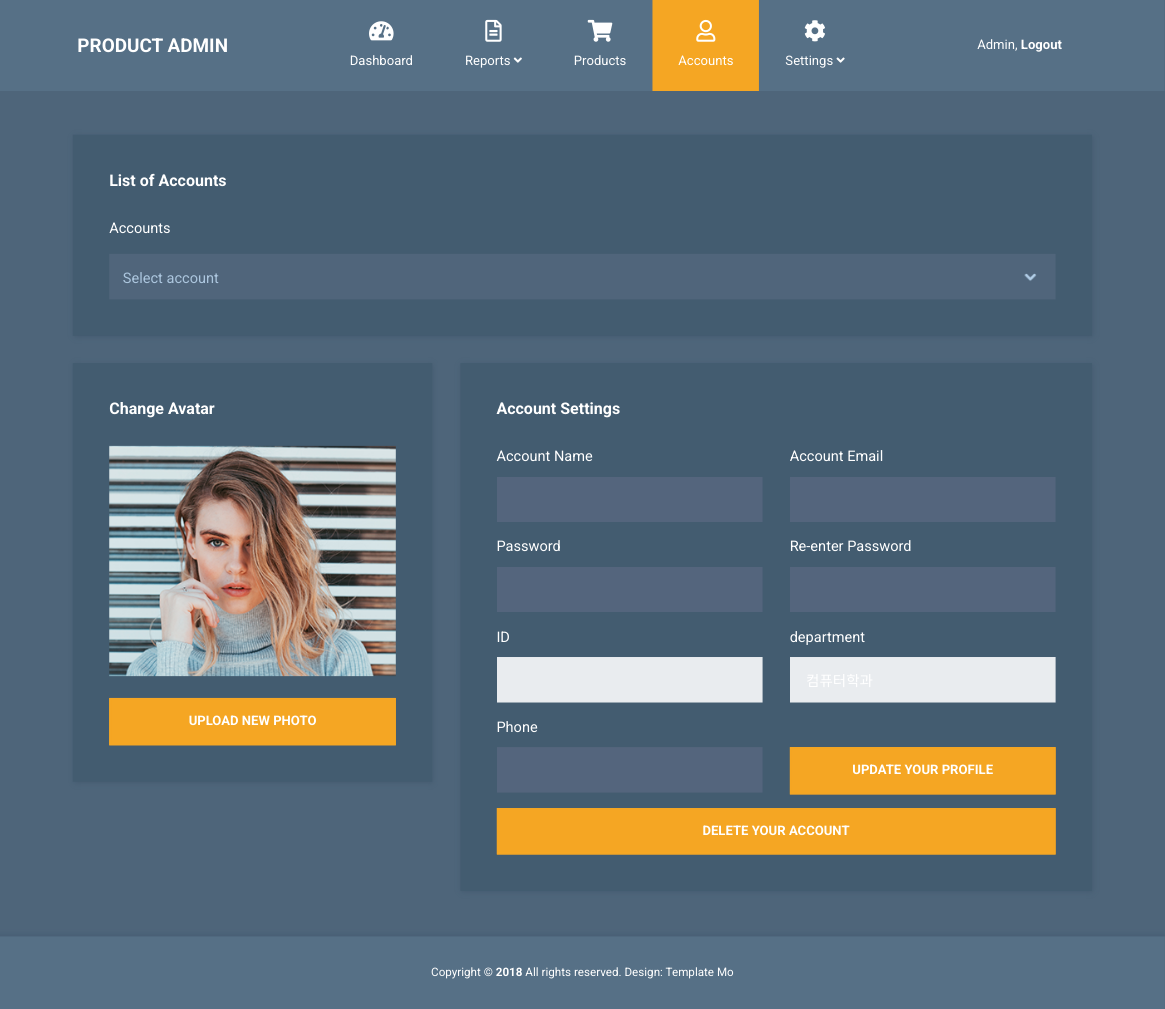
Repository: YJ-S2/2019-FaceAPI
Page: test1-master/web/123/WebContent/accounts.html
An editor plug-in stored every save of this project. The page is shown before and after the next save, followed by the edit.
The browser window is 1280 px wide. The pictures show the whole page, at 91% of full size.

Above is the page before, as saved 2019-08-07 06:03:10.

### test1-master/web/123/WebContent/accounts.html
<!DOCTYPE html>
<html lang="en">
  <head>
    <meta charset="UTF-8" />
    <meta name="viewport" content="width=device-width, initial-scale=1.0" />
    <meta http-equiv="X-UA-Compatible" content="ie=edge" />
    <title>Accounts - Product Admin Template</title>
    <link
      rel="stylesheet"
      href="https://fonts.googleapis.com/css?family=Roboto:400,700"
    />
    <!-- https://fonts.google.com/specimen/Roboto -->
    <link rel="stylesheet" href="css/fontawesome.min.css" />
    <!-- https://fontawesome.com/ -->
    <link rel="stylesheet" href="css/bootstrap.min.css" />
    <!-- https://getbootstrap.com/ -->
    <link rel="stylesheet" href="css/templatemo-style.css">
    <!--
	Product Admin CSS Template
	https://templatemo.com/tm-524-product-admin
	-->
  </head>

  <body id="reportsPage">
    <div class="" id="home">
      <nav class="navbar navbar-expand-xl">
        <div class="container h-100">
          <a class="navbar-brand" href="index.html">
            <h1 class="tm-site-title mb-0">Product Admin</h1>
          </a>
          <button
            class="navbar-toggler ml-auto mr-0"
            type="button"
            data-toggle="collapse"
            data-target="#navbarSupportedContent"
            aria-controls="navbarSupportedContent"
            aria-expanded="false"
            aria-label="Toggle navigation"
          >
            <i class="fas fa-bars tm-nav-icon"></i>
          </button>

          <div class="collapse navbar-collapse" id="navbarSupportedContent">
            <ul class="navbar-nav mx-auto h-100">
              <li class="nav-item">
                <a class="nav-link" href="index.html">
                  <i class="fas fa-tachometer-alt"></i> Dashboard
                  <span class="sr-only">(current)</span>
                </a>
              </li>
              <li class="nav-item dropdown">
                <a
                  class="nav-link dropdown-toggle"
                  href="#"
                  id="navbarDropdown"
                  role="button"
                  data-toggle="dropdown"
                  aria-haspopup="true"
                  aria-expanded="false"
                >
                  <i class="far fa-file-alt"></i>
                  <span> Reports <i class="fas fa-angle-down"></i> </span>
                </a>
                <div class="dropdown-menu" aria-labelledby="navbarDropdown">
                  <a class="dropdown-item" href="#">Daily Report</a>
                  <a class="dropdown-item" href="#">Weekly Report</a>
                  <a class="dropdown-item" href="#">Yearly Report</a>
                </div>
              </li>
              <li class="nav-item">
                <a class="nav-link" href="products.html">
                  <i class="fas fa-shopping-cart"></i> Products
                </a>
              </li>

              <li class="nav-item">
                <a class="nav-link active" href="accounts.html">
                  <i class="far fa-user"></i> Accounts
                </a>
              </li>
              <li class="nav-item dropdown">
                <a
                  class="nav-link dropdown-toggle"
                  href="#"
                  id="navbarDropdown"
                  role="button"
                  data-toggle="dropdown"
                  aria-haspopup="true"
                  aria-expanded="false"
                >
                  <i class="fas fa-cog"></i>
                  <span> Settings <i class="fas fa-angle-down"></i> </span>
                </a>
                <div class="dropdown-menu" aria-labelledby="navbarDropdown">
                  <a class="dropdown-item" href="#">Profile</a>
                  <a class="dropdown-item" href="#">Billing</a>
                  <a class="dropdown-item" href="#">Customize</a>
                </div>
              </li>
            </ul>
            <ul class="navbar-nav">
              <li class="nav-item">
                <a class="nav-link d-block" href="login.html">
                  Admin, <b>Logout</b>
                </a>
              </li>
            </ul>
          </div>
        </div>
      </nav>
      <div class="container mt-5">
        <div class="row tm-content-row">
          <div class="col-12 tm-block-col">
            <div class="tm-bg-primary-dark tm-block tm-block-h-auto">
              <h2 class="tm-block-title">List of Accounts</h2>
              <p class="text-white">Accounts</p>
              <select class="custom-select">
                <option value="0">Select account</option>
                <option value="1">Admin</option>
                <option value="2">Editor</option>
                <option value="3">Merchant</option>
                <option value="4">Customer</option>
              </select>
            </div>
          </div>
        </div>
        <!-- row -->
        <div class="row tm-content-row">
          <div class="tm-block-col tm-col-avatar">
            <div class="tm-bg-primary-dark tm-block tm-block-avatar">
              <h2 class="tm-block-title">Change Avatar</h2>
              <div class="tm-avatar-container">
                <img
                  src="img/avatar.png"
                  alt="Avatar"
                  class="tm-avatar img-fluid mb-4"
                />
                <a href="#" class="tm-avatar-delete-link">
                  <i class="far fa-trash-alt tm-product-delete-icon"></i>
                </a>
              </div>
              <button class="btn btn-primary btn-block text-uppercase">
                Upload New Photo
              </button>
            </div>
          </div>
          <div class="tm-block-col tm-col-account-settings">
            <div class="tm-bg-primary-dark tm-block tm-block-settings">
              <h2 class="tm-block-title">Account Settings</h2>
              <form action="" class="tm-signup-form row">
                <div class="form-group col-lg-6">
                  <label for="name">Account Name</label>
                  <input
                    id="name"
                    name="name"
                    type="text"
                    class="form-control validate"
                  />
                </div>
                <div class="form-group col-lg-6">
                  <label for="email">Account Email</label>
                  <input
                    id="email"
                    name="email"
                    type="email"
                    class="form-control validate"
                  />
                </div>
                <div class="form-group col-lg-6">
                  <label for="password">Password</label>
                  <input
                    id="password"
                    name="password"
                    type="password"
                    class="form-control validate"
                  />
                </div>
                <div class="form-group col-lg-6">
                  <label for="password2">Re-enter Password</label>
                  <input
                    id="password2"
                    name="password2"
                    type="password"
                    class="form-control validate"
                  />
                </div>
                <div class="form-group col-lg-6">
                  <label for="id">ID</label>
                  <input
                    id="id"
                    name="id"
                    type="text"
                    class="form-control validate"
                    disabled
                  />
                </div>
                <div class="form-group col-lg-6">
                  <label for="department">department</label>
                  <input
                    id="department"
                    name="department"
                    type="text"
                    class="form-control validate"
                    value="컴퓨터학과"
                    disabled
                  />
                </div>
                <div class="form-group col-lg-6">
                  <label for="phone">Phone</label>
                  <input
                    id="phone"
                    name="phone"
                    type="tel"
                    class="form-control validate"
                  />
                </div>
                <div class="form-group col-lg-6">
                  <label class="tm-hide-sm">&nbsp;</label>
                  <button
                    type="submit"
                    class="btn btn-primary btn-block text-uppercase"
                  >
                    Update Your Profile
                  </button>
                </div>
                <div class="col-12">
                  <button
                    type="submit"
                    class="btn btn-primary btn-block text-uppercase"
                  >
                    Delete Your Account
                  </button>
                </div>
              </form>
            </div>
          </div>
        </div>
      </div>
      <footer class="tm-footer row tm-mt-small">
        <div class="col-12 font-weight-light">
          <p class="text-center text-white mb-0 px-4 small">
            Copyright &copy; <b>2018</b> All rights reserved.

            Design: <a rel="nofollow noopener" href="https://templatemo.com" class="tm-footer-link">Template Mo</a>
          </p>
        </div>
      </footer>
    </div>

    <script src="js/jquery-3.3.1.min.js"></script>
    <!-- https://jquery.com/download/ -->
    <script src="js/bootstrap.min.js"></script>
    <!-- https://getbootstrap.com/ -->
  </body>
</html>

### test1-master/web/123/WebContent/css/templatemo-style.css
/*

Product Admin CSS Template

https://templatemo.com/tm-524-product-admin

*/

html {
  font-size: 16px;
  overflow-x: hidden;
}
body {
  font-family: Roboto, Helvetica, Arial, sans-serif;
  background-color: #4e657a;
  overflow-x: hidden;
}
a {
  transition: all 0.3s ease;
}
a:focus,
a:hover {
  text-decoration: none;
}
button:focus {
  outline: 0;
}
.navbar-brand {
  display: flex;
  align-items: center;
}
.tm-site-icon {
  color: #656565;
}
.tm-site-title {
  display: inline-block;
  text-transform: uppercase;
  font-size: 1.3rem;
  font-weight: 700;
  color: #fff;
}
.navbar {
  height: 100px;
  background-color: #567086;
  padding: 0;
}
.navbar .container {
  position: relative;
}
.tm-logout-icon {
  font-size: 1.5em;
}
.tm-mt-big {
  margin-top: 57px;
}
.tm-mb-big {
  margin-bottom: 60px;
}
.tm-mt-small {
  margin-top: 20px;
}
.tm-block-col {
  margin-bottom: 30px;
}
.tm-block {
  padding: 40px;
  -webkit-box-shadow: 1px 1px 5px 0 #455c71;
  -moz-box-shadow: 1px 1px 5px 0 #455c71;
  box-shadow: 1px 1px 5px 0 #455c71;
  min-height: 350px;
  height: 100%;
  max-height: 450px;
}
.tm-block-avatar,
.tm-block-settings {
  max-height: none;
}
.tm-block-avatar {
  height: auto;
}
.tm-block-h-auto {
  min-height: 1px;
  max-height: none;
  height: auto;
}
.tm-block-scroll {
  overflow-y: scroll;
}
.tm-block-overflow {
  overflow: hidden;
}
.tm-block-title {
  font-size: 1.1rem;
  font-weight: 700;
  color: #fff;
  margin-bottom: 30px;
}
.nav-link {
  color: #fff;
  height: 100%;
  display: flex;
  align-items: center;
  justify-content: center;
  flex-direction: column;
  font-size: 90%;
}
.nav-link > i {
  margin-bottom: 10px;
  margin-right: 0;
  font-size: 1.5rem;
}
.dropdown-item,
.nav-link {
  padding: 15px 20px;
}
.dropdown-menu {
  font-size: 90%;
  color: #fff;
  background-color: #567086;
  border-radius: 0;
  padding-top: 10px;
  padding-bottom: 10px;
  min-width: auto;
}
.dropdown-item {
  color: #fff;
  padding: 15px 30px;
}
.navbar-nav .active > .nav-link,
.navbar-nav .nav-link.active {
  background-color: #f5a623;
  color: #fff;
}
.navbar-nav .nav-link.active i {
  color: #fff;
}
.dropdown-item:focus,
.dropdown-item:hover {
  background-color: #567086;
}
.navbar-nav a:hover,
.navbar-nav a:hover i {
  color: #f5a623;
}
.nav-item {
  text-align: center;
}
.nav-item:last-child {
  margin-right: 0;
}
.dropdown-toggle::after {
  display: none;
}
.dropdown-menu {
  margin-top: 0;
  border: 0;
}
.tm-content-row {
  justify-content: space-between;
  margin-left: -20px;
  margin-right: -20px;
}
.tm-col {
  padding-left: 20px;
  padding-right: 20px;
  margin-bottom: 50px;
}
.tm-col-big {
  width: 39%;
}
.tm-col-small {
  width: 21.95%;
}
.tm-gray-circle {
  width: 80px;
  height: 80px;
  background-color: #aaa;
  border-radius: 50%;
  margin-right: 15px;
}
.tm-notification-items {
  overflow-y: scroll;
  height: 90%;
}
.tm-notification-item {
  padding: 15px;
  background-color: #4e657a;
  color: #fff;
  font-size: 95%;
  margin-bottom: 15px;
}
.tm-notification-item:last-child {
  margin-bottom: 0;
}
.tm-notification-link {
  color: #f5a623;
}
.tm-text-color-secondary {
  color: #bdcbd8;
}
.tm-small {
  font-size: 90%;
}
.table {
  background-color: #50697f;
  color: #fff;
  font-size: 85%;
  margin-bottom: 0;
}
thead {
  background-color: #486177;
  color: #fff;
}
.table thead th {
  border-bottom: 0;
}
.tm-status-circle {
  display: inline-block;
  margin-right: 5px;
  vertical-align: middle;
  width: 5px;
  height: 5px;
  border-radius: 50%;
  margin-top: -3px;
}
.moving {
  background-color: #9be64d;
  box-shadow: 0 0 8px #9be64d, inset 0 0 8px #9be64d;
}
.pending {
  background-color: #efc54b;
  box-shadow: 0 0 8px #efc54b, inset 0 0 8px #efc54b;
}
.cancelled {
  background-color: #da534f;
  box-shadow: 0 0 8px #da534f, inset 0 0 8px #da534f;
}
.tm-avatar {
  width: 345px;
}
.tm-avatar-container {
  position: relative;
  cursor: pointer;
  display: flex;
  align-items: center;
  flex-direction: column;
}
.tm-avatar-delete-link {
  position: absolute;
  left: 50%;
  top: 50%;
  margin-left: -25px;
  margin-top: -25px;
  z-index: 1000;
  padding: 14px;
  border-radius: 50%;
  background-color: rgba(57, 78, 100, 0.7);
  display: inline-block;
  width: 50px;
  height: 50px;
  text-align: center;
  display: none;
  transition: all 0.2s ease;
}
.tm-avatar-container:hover .tm-avatar-delete-link {
  display: block;
}
.tm-col-avatar {
  max-width: 425px;
  width: 37%;
  padding-left: 15px;
  padding-right: 15px;
}
.tm-col-account-settings {
  max-width: 822px;
  width: 63%;
  padding-left: 15px;
  padding-right: 15px;
}
.form-control {
  background-color: #54657d;
  color: #fff;
  border: 0;
}
.form-control:focus {
  background-color: #60738e;
  color: #fff;
  border-color: transparent;
  box-shadow: 0 0 0 0.1rem rgb(180, 206, 233, 0.5);
}
.form-group label {
  color: #fff;
  margin-bottom: 10px;
}
.tm-hide-sm {
  display: block;
}
.tm-list-group {
  counter-reset: myOrderedListItemsCounter;
  padding-left: 0;
}
.tm-list-group > li {
  list-style-type: none;
  position: relative;
  cursor: pointer;
  transition: all 0.3s ease;
  padding: 8px;
}
.tm-list-group > li:hover {
  color: #0266c4;
}
.tm-list-group > li:before {
  counter-increment: myOrderedListItemsCounter;
  content: counter(myOrderedListItemsCounter) ".";
  margin-right: 0.5em;
}
.tm-list {
  padding-left: 30px;
}
.tm-list > li {
  margin-bottom: 20px;
}
.form-control {
  padding: 19px 18px;
  border-radius: 0;
  height: 50px;
}
.form-group {
  margin-bottom: 15px;
}
.btn {
  border-radius: 0;
  padding: 13px 28px;
  transition: all 0.2s ease;
  max-width: 100%;
}
.btn-small {
  padding: 10px 24px;
}
.btn-primary {
  color: #fff;
  background-color: #f5a623;
  border: 2px solid #f5a623;
  font-size: 90%;
  font-weight: 600;
}
.btn-primary:active,
.btn-primary:hover {
  color: #f5a623;
  background-color: transparent;
  border: 2px solid #f5a623;
}
.custom-file-input {
  cursor: pointer;
}
.custom-file-label {
  border-radius: 0;
}
.table td,
.table th {
  border-top: 1px solid #415a70;
  padding: 15px 25px;
  vertical-align: middle;
}
.tm-table-small td,
.tm-table-small th {
  padding-left: 12px;
  padding-right: 12px;
}
.table-hover tbody tr {
  transition: all 0.2s ease;
}
.table-hover tbody tr:hover {
  color: #a0c0de;
}
.tm-bg-primary-dark {
  background-color: #435c70;
}
.tm-bg-gray {
  background-color: rgba(0, 0, 0, 0.05);
}
.tm-table-mt {
  margin-top: 66px;
}
.page-item:first-child .page-link {
  border-top-left-radius: 0;
  border-bottom-left-radius: 0;
}
.page-item:last-child .page-link {
  border-top-right-radius: 0;
  border-bottom-right-radius: 0;
}
.page-link {
  padding: 12px 18px;
}
.page-link,
.page-link:hover {
  color: #000;
}
.page-item {
  margin-right: 18px;
}
.page-item:last-child {
  margin-right: 0;
}
.page-item.active .page-link {
  background-color: #e9ecef;
  border-color: #dee2e6;
  color: #000;
}
input[type="checkbox"] {
  cursor: pointer;
  -webkit-appearance: none;
  appearance: none;
  background-color: #394e64;
  background-position: center;
  border-radius: 50%;
  box-sizing: border-box;
  position: relative;
  box-sizing: content-box;
  width: 24px;
  height: 24px;
  transition: all 0.1s linear;
}
input[type="checkbox"]:checked {
  background: url(../img/check-mark.png) #394e64 center no-repeat;
}
input[type="checkbox"]:focus {
  outline: 0 none;
  box-shadow: none;
}
.tm-block-products {
  min-height: 725px;
}
.tm-block-product-categories {
  min-height: 650px;
}
.tm-product-table-container {
  max-height: 465px;
  margin-bottom: 15px;
  overflow-y: scroll;
}
.tm-product-table tr {
  font-weight: 600;
}
.tm-product-name {
  font-size: 0.95rem;
  font-weight: 600;
}
.tm-product-delete-icon {
  font-size: 1.1rem;
  color: #fff;
}
.tm-product-delete-link {
  padding: 10px;
  border-radius: 50%;
  background-color: #394e64;
  display: inline-block;
  width: 40px;
  height: 40px;
  text-align: center;
}
.tm-product-delete-link:hover .tm-product-delete-icon {
  color: #6d8ca6;
}
.custom-select {
  width: 100%;
  border: none;
  color: #acc6de;
  height: 50px;
  -webkit-appearance: none;
  -moz-appearance: none;
  -ms-appearance: none;
  -o-appearance: none;
  appearance: none;
  -webkit-border-radius: 0;
  -moz-border-radius: 0;
  -ms-border-radius: 0;
  -o-border-radius: 0;
  border-radius: 0;
  padding: 15px;
  background: url(../img/arrow-down.png) 98% no-repeat #50657b;
}
.custom-select:focus {
  outline: 0;
}
.tm-trash-icon {
  color: #6e6c6c;
  cursor: pointer;
}
.tm-trash-icon:hover {
  color: #9f1321;
}
.tm-footer {
  background-color: #567086;
  padding-top: 30px;
  padding-bottom: 30px;
  -webkit-box-shadow: 0 -3px 5px 0 rgba(69, 92, 113, 0.59);
  -moz-box-shadow: 0 -3px 5px 0 rgba(69, 92, 113, 0.59);
  box-shadow: 0 -3px 5px 0 rgba(69, 92, 113, 0.59);
}
.custom-select {
  height: 50px;
  border-radius: 0;
}
.tm-product-img-dummy {
  max-width: 100%;
  height: 240px;
  display: flex;
  align-items: center;
  justify-content: center;
  color: #fff;
  background: #aaa;
}
.tm-product-img-edit {
  max-width: 100%;
  position: relative;
}
.tm-product-img-edit i {
  display: none;
  position: absolute;
}
.tm-product-img-edit:hover i {
  display: block;
}
.tm-upload-icon {
  background: #455c71;
  width: 55px;
  height: 55px;
  border-radius: 50%;
  text-align: center;
  padding-top: 15px;
  font-size: 22px;
}
.tm-login-col {
  max-width: 470px;
}
.navbar-toggler {
  border-color: #708da8;
  box-shadow: rgba(255, 255, 255, 0.1) 0 1px 1px 2px;
  border-radius: 0;
  padding: 10px 15px;
  transition: all 0.2s ease;
}
.navbar-toggler:hover {
  border-color: #f5a623;
  color: #f5a623;
}
.tm-nav-icon {
  color: #fff;
}
.navbar-toggler:hover .tm-nav-icon {
  color: #f5a623;
}
::-webkit-scrollbar {
  width: 8px;
  height: 8px;
}
::-webkit-scrollbar-track {
  background: #394f62;
}
::-webkit-scrollbar-thumb {
  background: #6d8da6;
}
::-webkit-scrollbar-thumb:hover {
  background: #8ab5d6;
}

.tm-footer-link {
  color: white;
}

.tm-footer-link:hover,
.tm-footer-link:focus {
  color: #aacbea;
}

@media (min-width: 1200px) {
  .navbar-expand-xl .navbar-nav .nav-link {
    padding-left: 28px;
    padding-right: 28px;
  }
  .navbar-collapse {
    height: 100%;
  }
}
@media (min-width: 992px) {
  .navbar-expand-lg .navbar-nav .nav-link {
    padding: 15px 20px;
  }
}
@media (max-width: 1275px) and (min-width: 1200px) {
  .nav-item {
    margin-right: 15px;
  }
}
@media (max-width: 1350px) {
  .nav-item {
    margin-right: 1px;
  }
}
@media (max-width: 1199px) {
  .tm-col-big,
  .tm-col-small {
    width: 49.65%;
  }
  .navbar-collapse {
    padding: 0;
    box-shadow: rgba(255, 255, 255, 0.1) 0 1px 1px 1px;
    position: absolute;
    top: 72px;
    right: 20px;
    width: 200px;
    z-index: 1000;
  }
  .dropdown-menu {
    text-align: center;
  }
  .nav-link {
    color: #fff;
    background-color: #567086;
    padding: 15px;
    flex-direction: row;
  }
  .nav-link > i {
    font-size: 1rem;
    margin-right: 10px;
    margin-bottom: 0;
  }
  .nav-item {
    margin-right: 0;
  }
  .tm-block-taller {
    max-height: 520px;
  }
}
@media (max-width: 1199.98px) {
  .navbar-expand-xl > .container,
  .navbar-expand-xl > .container-fluid {
    padding-left: 15px;
    padding-right: 15px;
  }
  .navbar-collapse {
    right: 15px;
  }
}
@media (max-width: 991px) {
  .tm-col-big,
  .tm-col-small {
    width: 100%;
    min-height: 383px;
    height: auto;
  }
  .tm-block {
    padding: 30px;
  }
}
@media (max-width: 767px) {
  .tm-col-account-settings,
  .tm-col-avatar {
    width: 100%;
    max-width: 100%;
  }
  .tm-block-avatar {
    display: flex;
    flex-direction: column;
  }
  .tm-avatar {
    align-self: center;
  }
  .tm-hide-sm {
    display: none;
  }
}
@media (max-width: 633px) {
  .page-item {
    margin-top: 10px;
  }
  .custom-select {
    background-position: 96%;
  }
}
@media (max-width: 574px) {
  .navbar-collapse {
    top: 47px;
  }
  .navbar {
    height: 50px;
  }
  .tm-site-title {
    font-size: 1.4rem;
    margin-left: 7px;
  }
  .tm-site-icon {
    font-size: 2em;
  }
}
@media (max-width: 480px) {
  .tm-mt-big {
    margin-top: 45px;
  }
  .tm-mb-big {
    margin-bottom: 45px;
  }
  #barChart,
  #lineChart {
    max-height: 350px;
  }
}

Loaded but not shown: test1-master/web/123/WebContent/css/fontawesome.min.css (library); test1-master/web/123/WebContent/css/bootstrap.min.css (library); test1-master/web/123/WebContent/js/jquery-3.3.1.min.js (library); test1-master/web/123/WebContent/js/bootstrap.min.js (library)

After the next save:
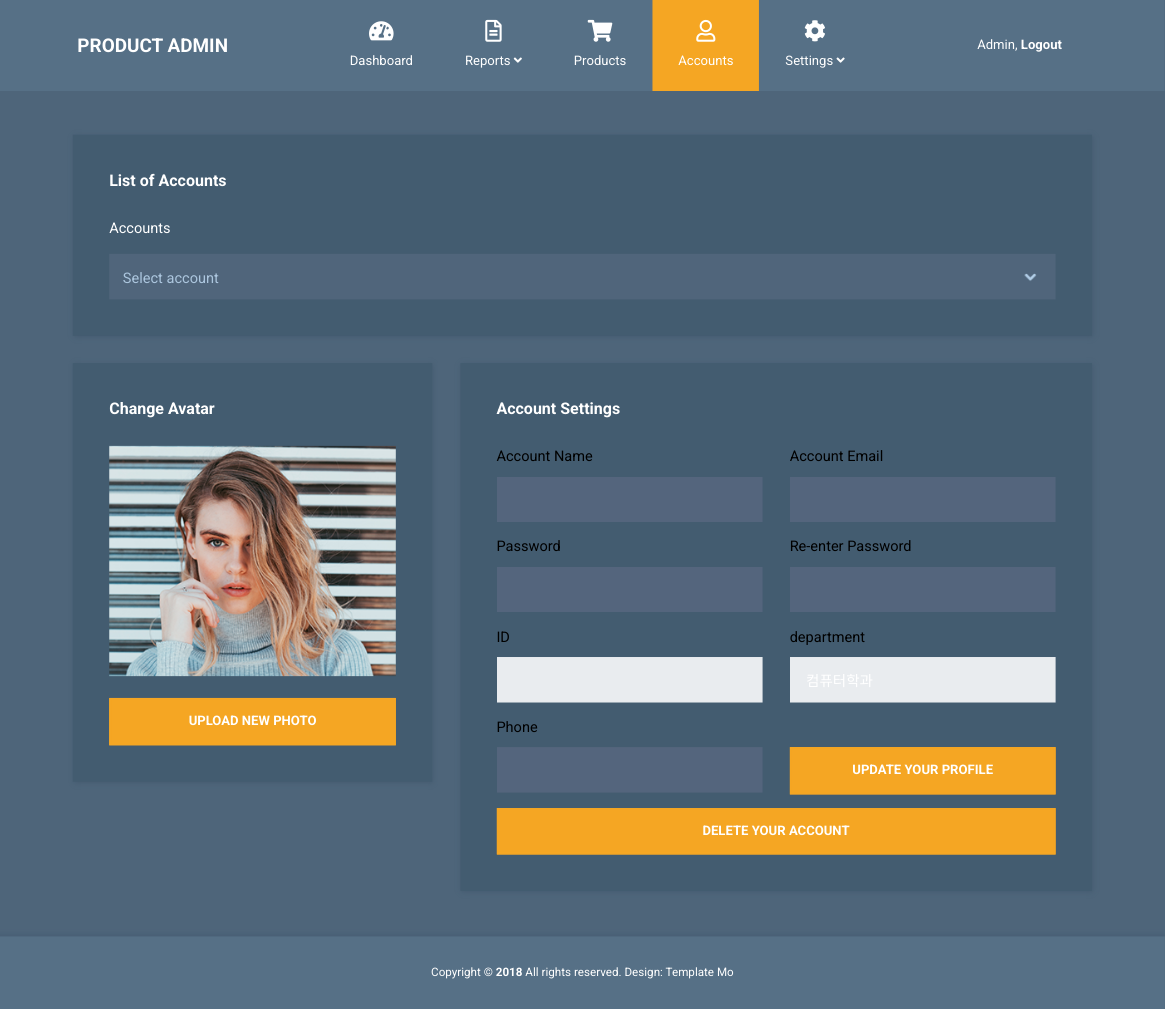
Saved 3 min 12 s later.
--- a/test1-master/web/123/WebContent/accounts.html
+++ b/test1-master/web/123/WebContent/accounts.html
@@ -19,6 +19,12 @@
 	Product Admin CSS Template
 	https://templatemo.com/tm-524-product-admin
 	-->
+	<style>
+	.form-group label {
+  color: black;
+  margin-bottom: 10px;
+}
+	</style>
   </head>
 
   <body id="reportsPage">
